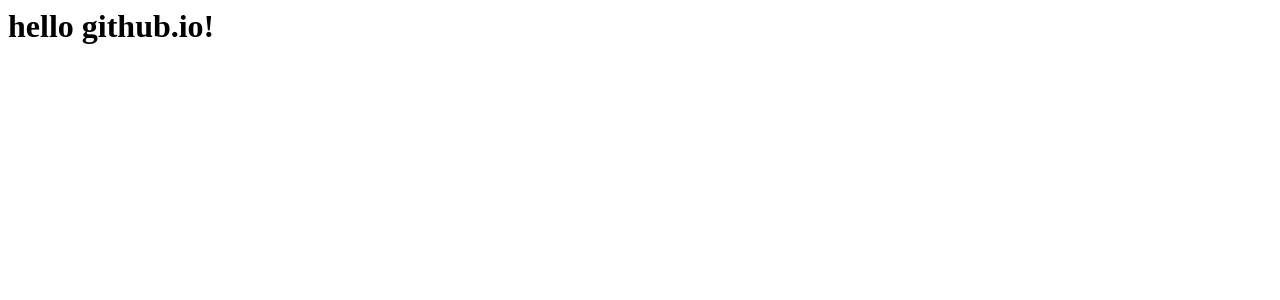
Repository: Arlenman/Arlenman.github.io
Page: index.html
An editor plug-in stored every save of this project. The page is shown before and after the next save, followed by the edit.
The browser window is 1280 px wide. The pictures show the whole page.

Above is the page before, as saved 2020-01-13 15:23:20.

After the next save:
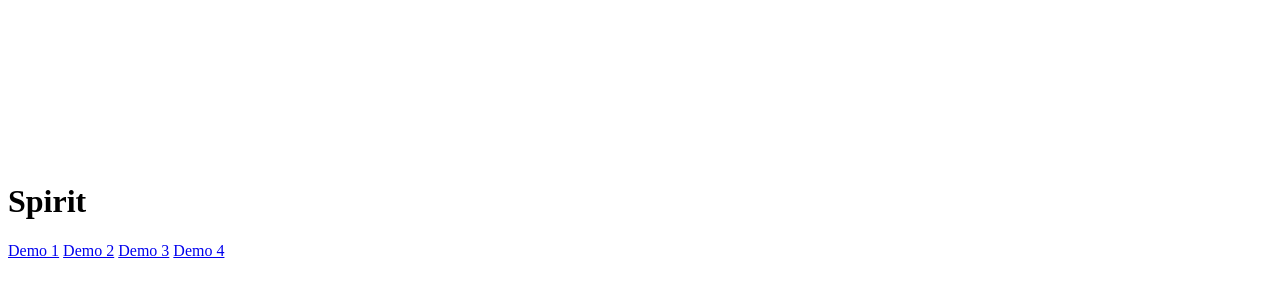
Not found: css/component.css
Not found: css/demo.css
Not found: css/normalize.css
Saved 38 min 7 s later.
--- a/index.html
+++ b/index.html
@@ -1 +1,37 @@
-<h1>hello github.io! <h1>
+<!DOCTYPE html>
+<html lang="en" class="no-js">
+<head>
+<meta charset="UTF-8" />
+<meta http-equiv="X-UA-Compatible" content="IE=edge">
+<meta name="viewport" content="width=device-width, initial-scale=1">
+<title>Blog Demo | </title>
+
+<link rel="stylesheet" type="text/css" href="css/normalize.css" />
+<link rel="stylesheet" type="text/css" href="css/demo.css" />
+
+<!--必要样式-->
+<link rel="stylesheet" type="text/css" href="css/component.css" />
+
+<!--[if IE]>
+	<script src="js/html5.js"></script>
+<![endif]-->
+</head>
+<body>
+<div class="container demo-2">
+	<div class="content">
+		<div id="large-header" class="large-header">
+			<canvas id="demo-canvas"></canvas>
+			<h1 class="main-title">Spirit</span></h1>
+		</div>
+		<nav class="codrops-demos">
+			<a href="index.html">Demo 1</a>
+			<a class="current-demo" href="index2.html">Demo 2</a>
+			<a href="index3.html">Demo 3</a>
+			<a href="index4.html">Demo 4</a>
+		</nav>
+	</div>
+</div><!-- /container -->
+<script src="js/rAF.js"></script>
+<script src="js/demo-2.js"></script>
+</body>
+</html>
